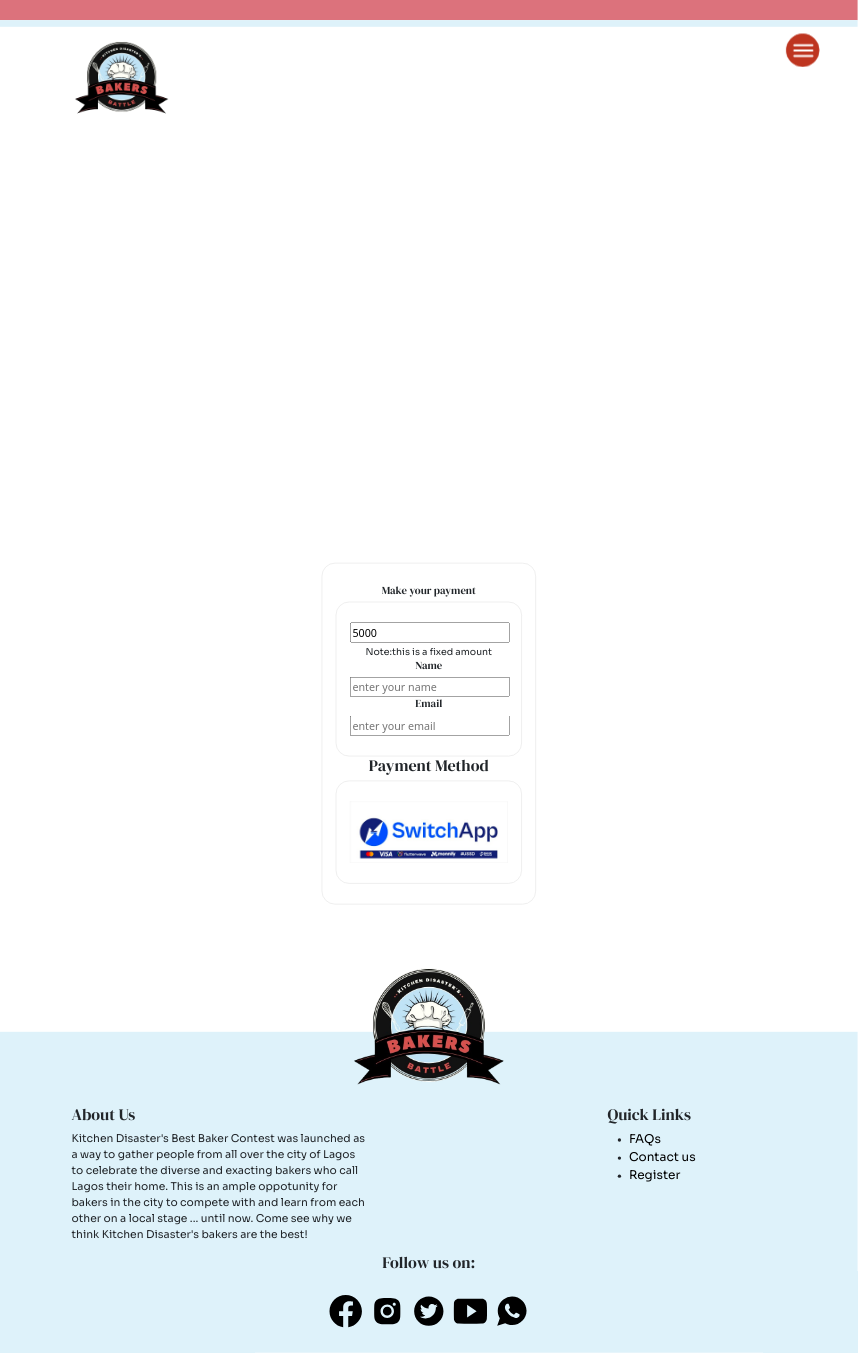
Repository: sarahnnanyelugo/bakers-battle
Page: /payment
These files come from the project's save history. The page is drawn as it stood at one moment and after the next save; the edit follows.
The browser window is 1280 px wide. The pictures show the whole page, at 67% of full size.
The project was rebuilt for these pictures with package versions that can differ from the ones it lists, and the page was loaded fresh each time. Also part of the build but not shown: src/components/ScreenSlide/slide.scss, src/components/ScreenSlide/ScreenSlide.js, src/pages/Home/home.scss, src/pages/Home/Home.js, src/components/Title.js, src/components/FAQAccord/faq-accord.scss, src/components/FAQAccord/FAQAccord.js, src/pages/FAQ/faq.scss and 11 more.

Above is the page before, as saved 2024-07-17 20:08:55.

### src/App.js
import logo from "./logo.svg";
import "./App.scss";
import "bootstrap/dist/css/bootstrap.min.css";
import { BrowserRouter, Routes, Route, Link, Outlet } from "react-router-dom";
import { Home } from "./pages/Home/Home";
import { Navbar } from "./components/Navbar/Navbar";
import { Footer } from "./components/Footer/Footer";
import { FAQ } from "./pages/FAQ/FAQ";
import { Registration } from "./pages/Registration/Registration";
import { Contact } from "./pages/ContactPage/Contact";
import { Sponsors } from "./pages/Sponsors/Sponsors";
import ScrollToTop from "./scrollToTop";
import About from "./pages/About/About";
import { PaymentPage } from "./pages/PaymentPage/PaymentPage";
function App() {
  return (
    <>
      <ScrollToTop />
      <Navbar />
      <Routes>
        <Route path="/" element={<Home />} />{" "}
        <Route path="/faq" element={<FAQ />} />{" "}
        <Route path="/registration" element={<Registration />} />{" "}
        <Route path="/contact" element={<Contact />} />{" "}
        <Route path="/sponsors" element={<Sponsors />} />{" "}
        <Route path="/about" element={<About />} />{" "}
        <Route path="/payment" element={<PaymentPage />} />{" "}
      </Routes>
      <Footer />
    </>
  );
}

export default App;

### src/App.scss
.app-btn {
  color: #fff;
  background: #dc727c;
  padding: 5px 30px;
  border-radius: 10px;
  border: solid 4px #dc727c;
  font-size: 30px;
  &:hover {
    color: #dc727c;
    background: #fff;
    transition: 0.5s ease;
  }
}

.button-92 {
  --c: #fff;

  background: linear-gradient(90deg, #0000 33%, #fff5, #0000 67%)
      var(--_p, 100%) / 300% no-repeat,
    #dc727c;

  color: #0000;
  border: none;
  transform: perspective(500px) rotateY(calc(20deg * var(--_i, -1)));
  text-shadow: calc(var(--_i, -1) * 0.08em) -0.01em 0 var(--c),
    calc(var(--_i, -1) * -0.08em) 0.01em 2px #0004;
  outline-offset: 0.1em;
  transition: 0.3s;
}

.button-92:hover,
.button-92:focus-visible {
  --_p: 0%;
  --_i: 1;
}

.button-92:active {
  text-shadow: none;
  color: var(--c);
  box-shadow: inset 0 0 9e9Q #0005;
  transition: 0s;
}

.button-92 {
  font-weight: bold;
  font-size: 2rem;
  margin: 0;
  cursor: pointer;
  padding: 0.1em 0.3em;
}

.button-48 {
  appearance: none;
  background-color: #ffffff;
  border-width: 0;
  box-sizing: border-box;
  color: #000000;
  cursor: pointer;
  display: inline-block;
  font-size: 14px;
  font-weight: 500;
  letter-spacing: 0;
  line-height: 1em;
  margin: 0;
  opacity: 1;
  outline: 0;
  padding: 1.5em 4px;
  position: relative;
  text-align: center;
  text-decoration: none;
  text-rendering: geometricprecision;
  text-transform: uppercase;
  transition: opacity 300ms cubic-bezier(0.694, 0, 0.335, 1),
    background-color 100ms cubic-bezier(0.694, 0, 0.335, 1),
    color 100ms cubic-bezier(0.694, 0, 0.335, 1);
  user-select: none;
  -webkit-user-select: none;
  touch-action: manipulation;
  vertical-align: baseline;
  white-space: nowrap;
}

.button-48:before {
  animation: opacityFallbackOut 0.5s step-end forwards;
  backface-visibility: hidden;
  background-color: #ebebeb;
  clip-path: polygon(-1% 0, 0 0, -25% 100%, -1% 100%);
  content: "";
  height: 100%;
  left: 0;
  position: absolute;
  top: 0;
  transform: translateZ(0);
  transition: clip-path 0.5s cubic-bezier(0.165, 0.84, 0.44, 1),
    -webkit-clip-path 0.5s cubic-bezier(0.165, 0.84, 0.44, 1);
  width: 100%;
}

.button-48:hover:before {
  animation: opacityFallbackIn 0s step-start forwards;
  clip-path: polygon(0 0, 101% 0, 101% 101%, 0 101%);
}

.button-48:after {
  background-color: #ffffff;
}

.button-48 span {
  z-index: 1;
  position: relative;
}
@font-face {
  font-family: SoraM;
  src: url(./assets/fonts/sora/Sora-Medium.ttf);
}
@font-face {
  font-family: nick;
  src: url(./assets/fonts/nick/Nickainley-Normal.ttf);
}
@font-face {
  font-family: SoraB;
  src: url(./assets/fonts/sora/Sora-Bold.ttf);
}
@font-face {
  font-family: SoraEB;
  src: url(./assets/fonts/sora/Sora-ExtraBold.ttf);
}
@font-face {
  font-family: SoraR;
  src: url(./assets/fonts/sora/Sora-Regular.ttf);
}
@font-face {
  font-family: SoraSB;
  src: url(./assets/fonts/sora/Sora-SemiBold.ttf);
}
@font-face {
  font-family: SoraL;
  src: url(./assets/fonts/sora/Sora-Light.ttf);
}
@font-face {
  font-family: SerifR;
  src: url(./assets/fonts/serif/DMSerifDisplay-Regular.ttf);
}
@font-face {
  font-family: SerifI;
  src: url(./assets/fonts/serif/DMSerifDisplay-Italic.ttf);
}
h1,
h2,
h3,
h4,
h5,
h6 {
  font-family: SerifR;
}

p,
li,
a,
small {
  font-family: SoraR;
}
button {
  font-family: SoraSB;
}
.mobile-padding {
  @media screen and (max-width: 820px) {
    padding-right: 7px;
    padding-left: 7px;
  }
}

### src/components/Navbar/Navbar.js
import React, { useEffect, useState } from "react";
import "./navbar.scss";
import Logo from "../../assets/images/logo2.png";
import Flier from "../../assets/images/flier2.jpeg";
import { Link } from "react-router-dom";
import { Title } from "../Title";
export const Navbar = () => {
  const [isMenuOpen, setIsMenuOpen] = useState(false);
  const toggleMenu = () => {
    setIsMenuOpen(!isMenuOpen);
  };

  // Step 2: Create a function to handle checkbox changes
  const handleCheckboxChange = (event) => {
    setIsMenuOpen(event.target.checked);
  };

  // Step 3: Use useEffect to track checkbox status changes
  useEffect(() => {
    // Code to run when isMenuOpen changes
    console.log(`Checkbox is now ${isMenuOpen ? "checked" : "unchecked"}`);
  }, [isMenuOpen]); // Dependency array contains isMenuOpen

  // Function to close menu
  const closeMenu = () => {
    setIsMenuOpen(false);
  };
  return (
    <>
      <div style={{ height: "30px", background: "#DC727C" }} />
      <div style={{ height: "10px", background: "#DEF2FA" }} />

      <main>
        <div
          className="col-md-2 offset-md-1"
          style={{ position: "relative", zIndex: 220 }}
        >
          {" "}
          <Link to={"/"}>
            <img className="img2" src={Logo} alt="Scholar" width="70%" />
          </Link>
        </div>
        <center>
          <h1 style={{ color: " black", fontSize: "90px" }}></h1>
        </center>

        <input
          type="checkbox"
          id="myInput"
          checked={isMenuOpen}
          onChange={handleCheckboxChange}
        />
        <label for="myInput" className="offset-md-11 tog">
          <span class="bar top"></span>
          <span class="bar middle"></span>
          <span class="bar bottom"></span>
        </label>

        <aside>
          <div class="aside-section aside-left col-md-4">
            <div class="aside-content">
              <img
                className="img col-md-12 offset-md-"
                src={Flier}
                alt="Scholar"
                width="100%"
              />
            </div>
          </div>
          <div class="aside-section aside-right col-md-8 ">
            <div className="col-md-4 offset-md-4">
              {" "}
              <ul class="aside-list ">
                <li>
                  <Link to={"/"} class="aside-anchor" onClick={closeMenu}>
                    HOME
                  </Link>
                </li>
                <li>
                  <Link to={"/about"} class="aside-anchor" onClick={closeMenu}>
                    ABOUT
                  </Link>
                </li>
                <li>
                  <Link to={"/faq"} class="aside-anchor" onClick={closeMenu}>
                    FAQs
                  </Link>
                </li>
                <li onClick={closeMenu}>
                  <Link to={"/sponsors"} class="aside-anchor">
                    SPONSORS
                  </Link>
                </li>{" "}
                <li onClick={closeMenu}>
                  <Link to={"/contact"} class="aside-anchor">
                    CONTACT
                  </Link>
                </li>
                <li onClick={closeMenu}>
                  <Link to={"/registration"} class="aside-anchor">
                    REGISTER
                  </Link>
                </li>
              </ul>
            </div>
          </div>
        </aside>
      </main>
    </>
  );
};

### src/components/Footer/Footer.js
import React from "react";
import "./footer.scss";
import Logo from "../../assets/images/logo2.png";
import { Link } from "react-router-dom";
import { FaFacebook } from "react-icons/fa";
import { AiFillInstagram } from "react-icons/ai";
import { IoLogoYoutube } from "react-icons/io";
import { IoLogoWhatsapp } from "react-icons/io";
import { AiFillTwitterCircle } from "react-icons/ai";

export const Footer = () => {
  return (
    <footer>
      <center>
        <div className="col-md-3">
          <img className="img2" src={Logo} alt="Scholar" width="75%" />
        </div>
      </center>{" "}
      <div className="d-md-flex col-md-10 offset-md-1 mobile-padding">
        <div className="col-md-5">
          <h4>About Us</h4>
          <p>
            Kitchen Disaster's Best Baker Contest was launched as a way to
            gather people from all over the city of Lagos to celebrate the
            diverse and exacting bakers who call Lagos their home. This is an
            ample oppotunity for bakers in the city to compete with and learn
            from each other on a local stage ... until now. Come see why we
            think Kitchen Disaster's bakers are the best!
          </p>
        </div>
        <div className="col-md-2 offset-md-4">
          <h4>Quick Links</h4>
          <ul>
            <li>
              <Link to={"/"}>FAQs</Link>
            </li>{" "}
            <li>
              <Link to={"/"}>Contact us</Link>
            </li>{" "}
            <li>
              <Link to={"/"}>Register</Link>
            </li>{" "}
          </ul>
        </div>
      </div>
      <center>
        <h4>Follow us on:</h4>
        <ul className="list-inline media-links">
          <li className="list-inline-item">
            <Link to={"/"}>
              <FaFacebook style={{ fontSize: "50px" }} />
            </Link>
          </li>{" "}
          <li className="list-inline-item">
            <Link to={"/"}>
              <AiFillInstagram style={{ fontSize: "50px" }} />
            </Link>
          </li>{" "}
          <li className="list-inline-item">
            <Link to={"/"}>
              <AiFillTwitterCircle style={{ fontSize: "50px" }} />
            </Link>
          </li>{" "}
          <li className="list-inline-item">
            <Link to={"/"}>
              <IoLogoYoutube style={{ fontSize: "50px" }} />
            </Link>
          </li>{" "}
          <li className="list-inline-item">
            <Link to={"/"}>
              <IoLogoWhatsapp style={{ fontSize: "50px" }} />
            </Link>
          </li>
        </ul>
      </center>
    </footer>
  );
};

### src/pages/PaymentPage/PaymentPage.js
import React from "react";
import "./payment-page.scss";
import Switch from "../../assets/images/switch.png";

export const PaymentPage = () => {
  return (
    <>
      <div>
        {" "}
        <center>
          <div className="col-md-3 payment-form">
            <h6>Make your payment</h6>
            <div className="payment-form">
              <input value="5000" readOnly />
              <small>Note:this is a fixed amount</small>
              <h6>Name</h6>
              <input type="text" placeholder="enter your name" />
              <h6>Email</h6>
              <input type="text" placeholder="enter your email" />
            </div>
            <h4>Payment Method</h4>
            <div className="payment-form">
              <img src={Switch} width="100%" alt="payment logo" />
            </div>
          </div>
        </center>
      </div>
    </>
  );
};

### src/components/Navbar/navbar.scss
main {
  height: 800px;
  position: relative;
  overflow: hidden;
}

.aside-section {
  top: 0;
  bottom: 0;
  position: absolute;
}

.aside-left {
  display: none;
  width: 40%;
  left: 0;
  background: #dc727c;

  -webkit-transform: translateY(-100%);
  -moz-transform: translateY(-100%);
  -ms-transform: translateY(-100%);
  -o-transform: translateY(-100%);
  transform: translateY(-100%);
  transition: transform 0.9s ease-in-out;
}

.aside-right {
  width: 100%;
  right: 0;
  background-color: #def2fa;
  -webkit-transform: translateX(100%);
  -moz-transform: translateX(100%);
  -ms-transform: translateX(100%);
  -o-transform: translateX(100%);
  transform: translateX(100%);
  transition: transform 0.9s ease-in-out;
}

.aside-list {
  list-style: none;
  padding: 0;
  margin: 0;
  margin-top: 150px;
  text-align: left;
  padding-left: 50px;
}

.aside-content {
  //   margin-top: 150px;
  padding: 0 40px;
  position: relative;
  color: white;
  text-align: center;
}

.aside-list li {
  margin-bottom: 20px;
}

.aside-anchor::after {
  content: "";
  position: absolute;
  bottom: 0;
  background-color: #ff5964;
  left: 0;
  right: 0;
  height: 6px;
  border-radius: 6px;
}

.aside-anchor::before {
  border-radius: 3px;
  content: "";
  position: absolute;
  bottom: 0;
  background-color: rgb(9, 1, 1);
  left: 0;
  height: 6px;
  z-index: 1;
  width: 50%;
  -webkit-transition: transform 0.2s ease-in-out;
  -o-transition: transform 0.2s ease-in-out;
  transition: transform 0.2s ease-in-out;
}

.aside-anchor:hover:before {
  -webkit-transform: translateX(100%);
  -moz-transform: translateX(100%);
  -ms-transform: translateX(100%);
  -o-transform: translateX(100%);
  transform: translateX(100%);
}

.aside-anchor {
  padding-bottom: 7px;
  color: rgb(14, 14, 14);
  text-decoration: none;
  font-size: 30px;
  position: relative;
  font-weight: 500;
}

input[type="checkbox"] {
  display: none;
}

input[type="checkbox"]:checked ~ aside .aside-left {
  transform: translateY(0%);
}

input[type="checkbox"]:checked ~ aside .aside-right {
  transform: translateX(0%);
}

input[type="checkbox"]:checked ~ label .bar {
  background-color: #fff;
}

input[type="checkbox"]:checked ~ label .top {
  -webkit-transform: translateY(0px) rotateZ(45deg);
  -moz-transform: translateY(0px) rotateZ(45deg);
  -ms-transform: translateY(0px) rotateZ(45deg);
  -o-transform: translateY(0px) rotateZ(45deg);
  transform: translateY(0px) rotateZ(45deg);
}

input[type="checkbox"]:checked ~ label .bottom {
  -webkit-transform: translateY(-15px) rotateZ(-45deg);
  -moz-transform: translateY(-15px) rotateZ(-45deg);
  -ms-transform: translateY(-15px) rotateZ(-45deg);
  -o-transform: translateY(-15px) rotateZ(-45deg);
  transform: translateY(-15px) rotateZ(-45deg);
}

input[type="checkbox"]:checked ~ label .middle {
  width: 0;
}

.middle {
  margin: 0 auto;
}

label {
  top: 40px;
  display: inline-block;
  padding: 10px 10px;
  background-color: transparent;
  cursor: pointer;
  margin: 10px;
  z-index: 3;
  position: fixed;
}

.bar {
  display: block;
  background-color: #fff;
  width: 30px;
  height: 3px;
  border-radius: 5px;
  margin: 5px auto;
  transition: background-color 0.4s ease-in, transform 0.4s ease-in,
    width 0.4s ease-in;
}

@media (min-width: 992px) {
  h1 {
    font-size: 40px;
  }
  .aside-left {
    display: block;
  }

  .aside-right {
    width: 60%;
  }
}
.tog {
  height: 50px;
  width: 50px;
  border: solid 1px #be3520;
  background: #be3520;
  border-radius: 50%;
  // position: fixed;
  // z-index: 230;
}
.img2 {
}

### src/components/Footer/footer.scss
footer {
  background: #def2fa;
  //   padding-top: 30px;
  padding-bottom: 20px;
  margin-top: 190px;
  img {
    margin-top: -130px;
  }
  a {
    color: #000;
    text-decoration: none;
    font-size: 18px;
    &:hover {
      color: #dc727c;
    }
  }
}
.media-links {
  li {
    font-size: 50px !important;
  }
}

### src/pages/PaymentPage/payment-page.scss
.payment-form {
  border: solid 1px #e7e7e7;
  border-radius: 20px;
  padding: 30px 20px;
}

Loaded but not shown: public/index.html (common file); src/index.js (common file); src/index.css (common file); src/reportWebVitals.js (common file); src/scrollToTop.js (common file)

After the next save:
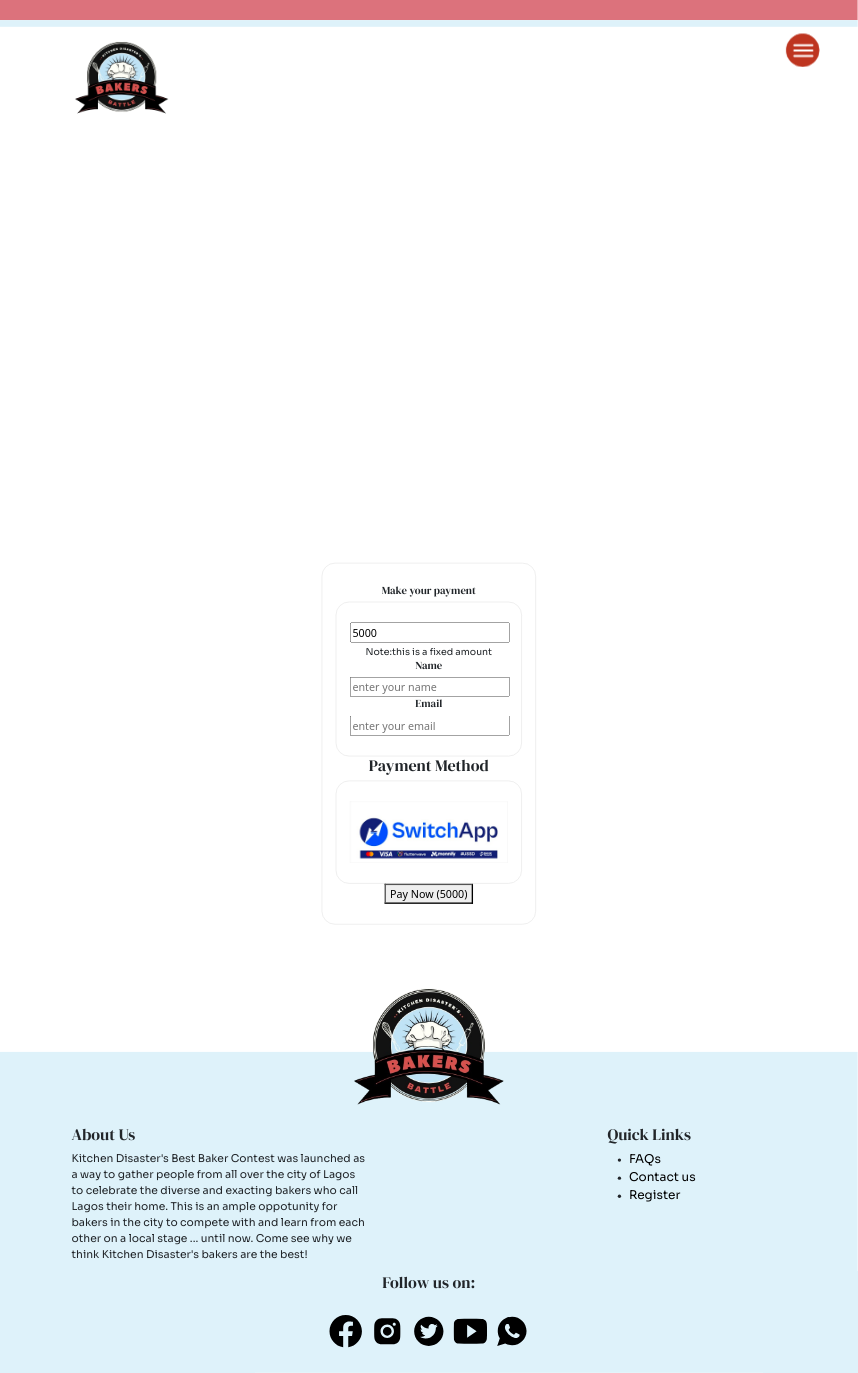
Saved 34 s later.
--- a/src/pages/PaymentPage/PaymentPage.js
+++ b/src/pages/PaymentPage/PaymentPage.js
@@ -22,6 +22,7 @@ export const PaymentPage = () => {
             <div className="payment-form">
               <img src={Switch} width="100%" alt="payment logo" />
             </div>
+            <button>Pay Now (5000)</button>
           </div>
         </center>
       </div>
